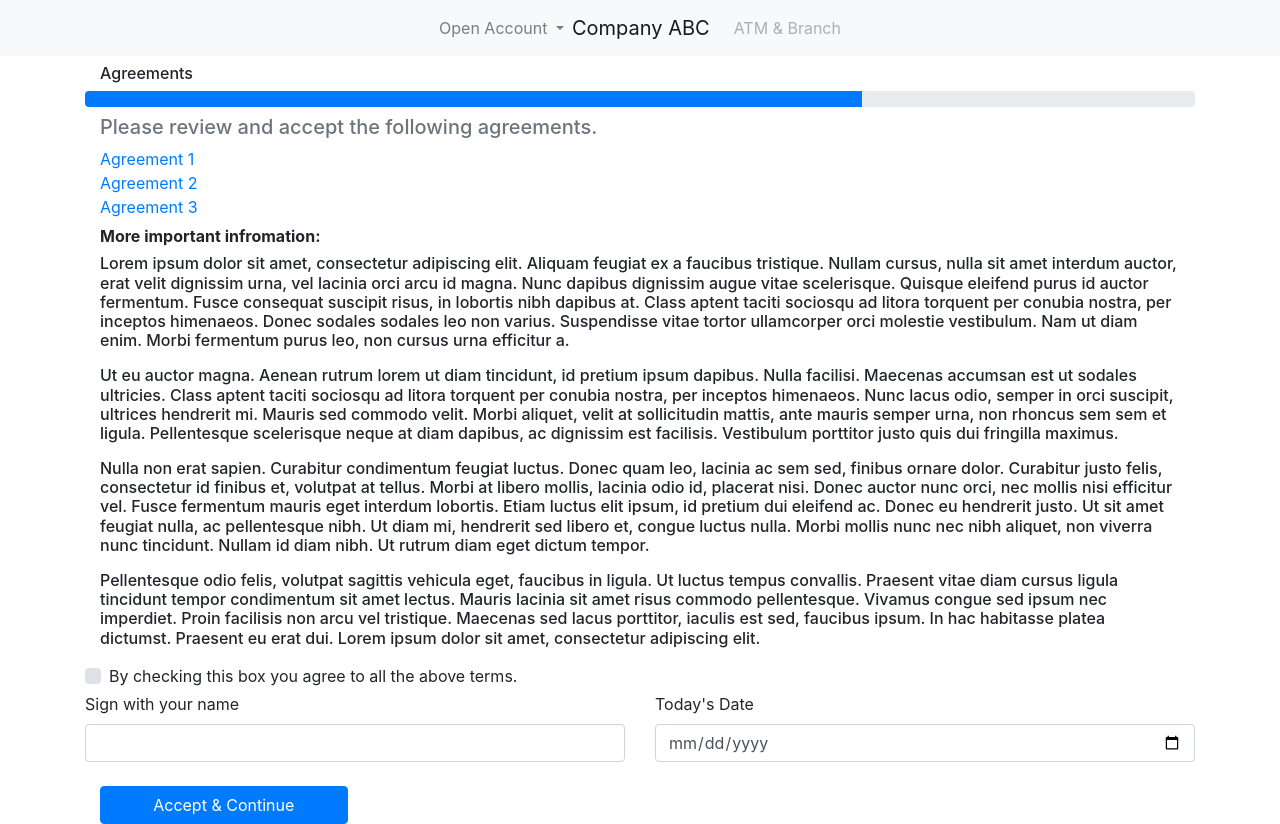
Repository: barriosan95/banking-opening-account-demo
Page: http://localhost/checking/application/customerInfo/finances/agreements
The author's editor kept a record of every edit. The page is drawn from the files as they stood at one moment, then again after the next edit.
The browser window is 1280 px wide. The pictures show the whole page.
Some web fonts or font styles are not loaded; a fallback is used. Some web libraries are served in a nearby version. The page is served by the project's Node server (index.js).

Above is the page before.

### views/agreement_app.ejs
<% include ./partials/header %>
    <div class ="container">
        <div class ="container mt-2">
            <h6 class="mb-0"> Agreements <h6>
        </div>
        <div class="progress">
            <div class="progress-bar" role="progressbar" style="width: 70%" aria-valuenow="70" aria-valuemin="0" aria-valuemax="100"></div>
        </div>
        <div class ="container mt-2 mb-2 text-muted">
            <h5> Please review and accept the following agreements.</h5>
        </div>
        <div class ="container">
            <a href="#"> Agreement 1 </a>
        </div>
        <div class ="container">
            <a href="#"> Agreement 2 </a>
        </div>
        <div class ="container">
            <a href="#"> Agreement 3 </a>
        </div>
        <div class ="container mt-2 ">
            <h6 class="mb-2"> <b>More important infromation:</b><h6>
            <p>Lorem ipsum dolor sit amet, consectetur adipiscing elit. Aliquam feugiat ex a faucibus tristique. Nullam cursus, nulla sit amet interdum auctor, erat velit dignissim urna, vel lacinia orci arcu id magna. Nunc dapibus dignissim augue vitae scelerisque. Quisque eleifend purus id auctor fermentum. Fusce consequat suscipit risus, in lobortis nibh dapibus at.
            Class aptent taciti sociosqu ad litora torquent per conubia nostra, per inceptos himenaeos. Donec sodales sodales leo non varius.
            Suspendisse vitae tortor ullamcorper orci molestie vestibulum. Nam ut diam enim. Morbi fermentum purus leo, non cursus urna efficitur a. </p>

            <p>Ut eu auctor magna. Aenean rutrum lorem ut diam tincidunt, id pretium ipsum dapibus. Nulla facilisi. Maecenas accumsan est ut sodales ultricies.
            Class aptent taciti sociosqu ad litora torquent per conubia nostra, per inceptos himenaeos. Nunc lacus odio, semper in orci suscipit, ultrices hendrerit mi.
            Mauris sed commodo velit. Morbi aliquet, velit at sollicitudin mattis, ante mauris semper urna, non rhoncus sem sem et ligula. Pellentesque scelerisque neque at diam dapibus,
            ac dignissim est facilisis. Vestibulum porttitor justo quis dui fringilla maximus. </p>

            <p>
            Nulla non erat sapien. Curabitur condimentum feugiat luctus.
            Donec quam leo, lacinia ac sem sed, finibus ornare dolor. Curabitur justo felis, consectetur id finibus et, volutpat at tellus. Morbi at libero mollis, lacinia odio id, placerat nisi.
            Donec auctor nunc orci, nec mollis nisi efficitur vel. Fusce fermentum mauris eget interdum lobortis. Etiam luctus elit ipsum, id pretium dui eleifend ac. Donec eu hendrerit justo.
            Ut sit amet feugiat nulla, ac pellentesque nibh. Ut diam mi, hendrerit sed libero et, congue luctus nulla. Morbi mollis nunc nec nibh aliquet, non viverra nunc tincidunt.
            Nullam id diam nibh. Ut rutrum diam eget dictum tempor. </p>

            <p>Pellentesque odio felis, volutpat sagittis vehicula eget, faucibus in ligula. Ut luctus tempus convallis.
            Praesent vitae diam cursus ligula tincidunt tempor condimentum sit amet lectus. Mauris lacinia sit amet risus commodo pellentesque.
            Vivamus congue sed ipsum nec imperdiet. Proin facilisis non arcu vel tristique. Maecenas sed lacus porttitor, iaculis est sed, faucibus ipsum.
            In hac habitasse platea dictumst. Praesent eu erat dui. Lorem ipsum dolor sit amet, consectetur adipiscing elit.</p>
        </div>
        <div class="custom-control custom-checkbox my-1 mr-sm-2">
            <input type="checkbox" class="custom-control-input" id="customControlInline">
            <label class="custom-control-label" for="customControlInline">By checking this box you agree to all the above terms. </label>
        </div>
        <form>
            <div class="row">
                <div class="col">
                    <label> Sign with your name </label>
                    <input type="text" class="form-control" placeholder="">
                </div>
                <div class="col">
                    <label> Today's Date</label>
                    <input type="date" class="form-control" placeholder="">
                </div>
            </div>
        </form>
        <div class ="container">
                <div class ="row mt-2">
                    <div class = "col-md-3 mr-auto">
                        <a href="/checking/application/customerInfo/finances/agreements/deposit" > <button class="btn btn-primary mt-2 btn-block">Accept & Continue </button></a>
                </div>
            </div>
        </div>
    </div>

<% include ./partials/footer %>

### views/partials/header.ejs
<!DOCTYPE HTML!>
<html>

    <head>


        <!--CDN Bootstrap v4.1.3-->
        <link rel="stylesheet" href="https://stackpath.bootstrapcdn.com/bootstrap/4.1.3/css/bootstrap.min.css">
        <link rel="stylesheet" href="https://cdnjs.cloudflare.com/ajax/libs/font-awesome/4.7.0/css/font-awesome.min.css">

        <!--Ref stylesheets -->
        <link rel= "stylesheet" type="text/css" href="/styles/app.css">


        <!--font -->
        <link href="https://fonts.googleapis.com/css?family=Muli:200,300,400,700,800" rel="stylesheet">


        <!--Will ensure proper responsivness on mobile devices-->
        <meta name="viewport" content="width=device-width, initial-scale=1, shrink-to-fit=no">

        <title> Banking OA Demo </title>

        <meta name="viewport" content="width=device-width, initial-scale=1, maximum-scale=1, user-scalable=no">

    </head>

    <body>

    <!--NAVBAR-->
        <nav class="navbar navbar-expand-lg navbar-light bg-light">
            <button class="navbar-toggler" type="button" data-toggle="collapse" data-target="#navbarNavDropdown" aria-controls="navbarNavDropdown" aria-expanded="false" aria-label="Toggle navigation">
                <span class="navbar-toggler-icon"></span>
            </button>

            <div class="collapse navbar-collapse" id="navbarNavDropdown">
                <ul class="navbar-nav mx-auto">
                    <li class="nav-item dropdown">
                        <a class="nav-link dropdown-toggle" href="#" id="navbarDropdown" role="button" data-toggle="dropdown">
                            Open Account
                        </a>
                        <div class="dropdown-menu" aria-labelledby="navbarDropdown">
                          <a class="dropdown-item" href="/checking">Checking Accounts</a>
                          <div class="dropdown-divider"></div>
                          <a class="dropdown-item" href="/savings">Savings Accounts </a>
                          <div class="dropdown-divider"></div>
                          <a class="dropdown-item" href="#">Money Market Accounts</a>
                          <div class="dropdown-divider"></div>
                          <a class="dropdown-item" href="#">CD and IRA's</a>

                        </div>
                    </li>
                    <a class="navbar-brand" href="/"> Company ABC </a>
                     <li class="nav-item">
                        <a class="nav-link disabled" href="#">ATM & Branch</a>
                     </li>
                </ul>
            </div>
        </nav>

### views/partials/footer.ejs

        <!--Bootstrap js scripts-->
        <script src="https://code.jquery.com/jquery-3.3.1.min.js" integrity="sha256-FgpCb/KJQlLNfOu91ta32o/NMZxltwRo8QtmkMRdAu8="crossorigin="anonymous"></script>
        <script src="https://cdnjs.cloudflare.com/ajax/libs/popper.js/1.12.9/umd/popper.min.js" integrity="sha384-ApNbgh9B+Y1QKtv3Rn7W3mgPxhU9K/ScQsAP7hUibX39j7fakFPskvXusvfa0b4Q" crossorigin="anonymous"></script>
        <script src="https://maxcdn.bootstrapcdn.com/bootstrap/4.0.0/js/bootstrap.min.js" integrity="sha384-JZR6Spejh4U02d8jOt6vLEHfe/JQGiRRSQQxSfFWpi1MquVdAyjUar5+76PVCmYl" crossorigin="anonymous"></script>
        <!--JS SCIPTs -->

        <script src="/js/forms.js"></script>
        <script src="https://cdn.jsdelivr.net/npm/jquerykeyframes@1.0.5/dist/jquery.keyframes.min.js"></script>

    </body>
</html>

### index.js
const express = require('express');


const mainRoutes = require('./routes/main');

//APP CONFIGURATIONS
var app = express();
    app.set('view engine','ejs');
    app.use(express.static("public"));
    app.use(mainRoutes);





app.listen(process.env.PORT,process.env.IP,function(){
    console.log('Server established.');
});

### routes/main.js
const express = require('express');
const router = express.Router();

router.get("/", function(req,res){
    res.render('main');
});

router.get("/checking",function(req,res){
    res.render('checking');
});

router.get("/savings",function(req,res){
    res.render('savings');
});

router.get("/checking/application",function(req,res){
   res.render('checking_app');
});

router.get("/checking/application/customerInfo",function(req,res){
   res.render('info_app');
});

router.get("/checking/application/customerInfo/finances", function(req,res){
    res.render('finances_app');
});

router.get("/checking/application/customerInfo/finances/agreements", function(req,res){
    res.render('agreement_app');
});

router.get("/checking/application/customerInfo/finances/agreements/deposit", function(req,res){
    res.render('deposit_app');
});

router.get("/checking/application/customerInfo/finances/agreements/deposit/success", function(req,res){
    res.render('success_app');
});


module.exports = router;

### public/styles/app.css
.app-img{
    max-height: 40%;
    max-width: 40%;
}

Loaded but not shown: public/js/forms.js (no copy from this time; the picture is the same without it)

After the next edit:
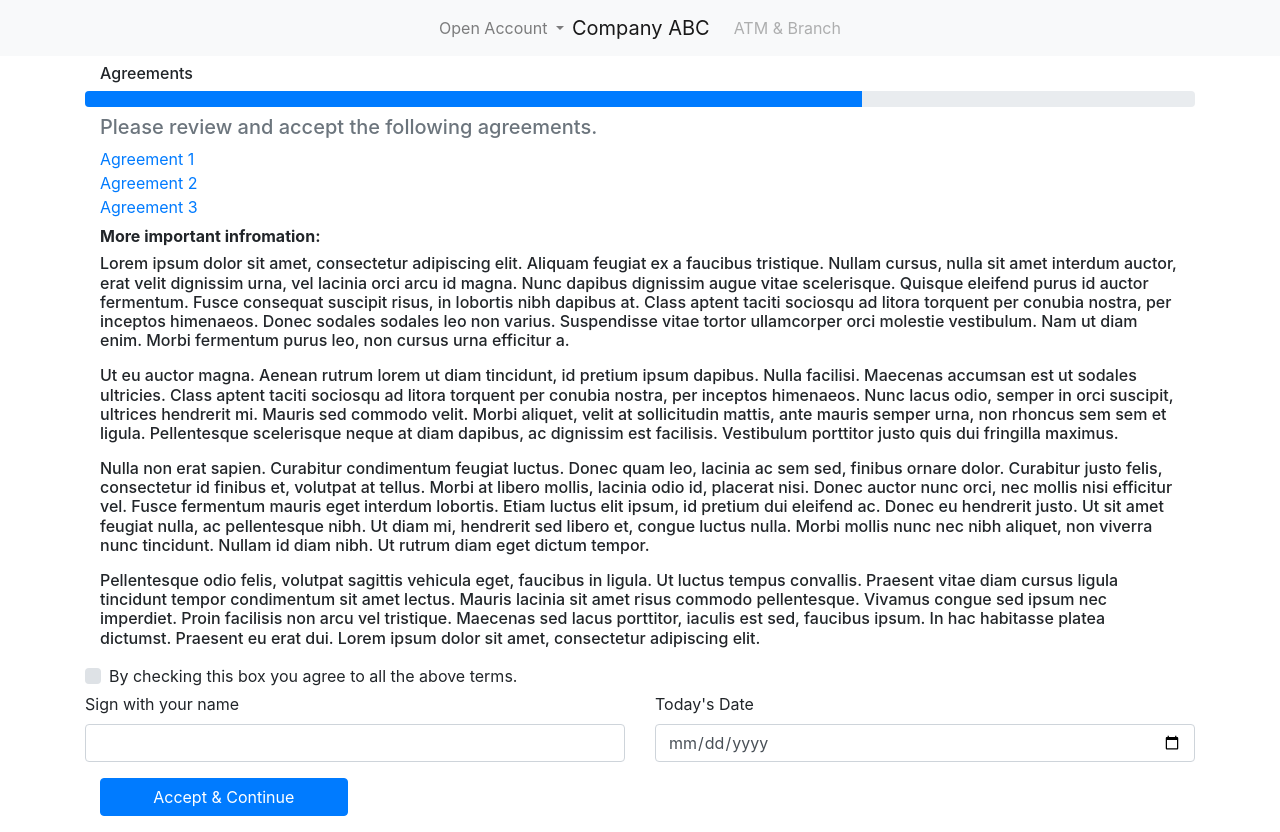
The edit:
--- a/views/agreement_app.ejs
+++ b/views/agreement_app.ejs
@@ -56,7 +56,6 @@
                     <input type="date" class="form-control" placeholder="">
                 </div>
             </div>
-        </form>
         <div class ="container">
                 <div class ="row mt-2">
                     <div class = "col-md-3 mr-auto">
